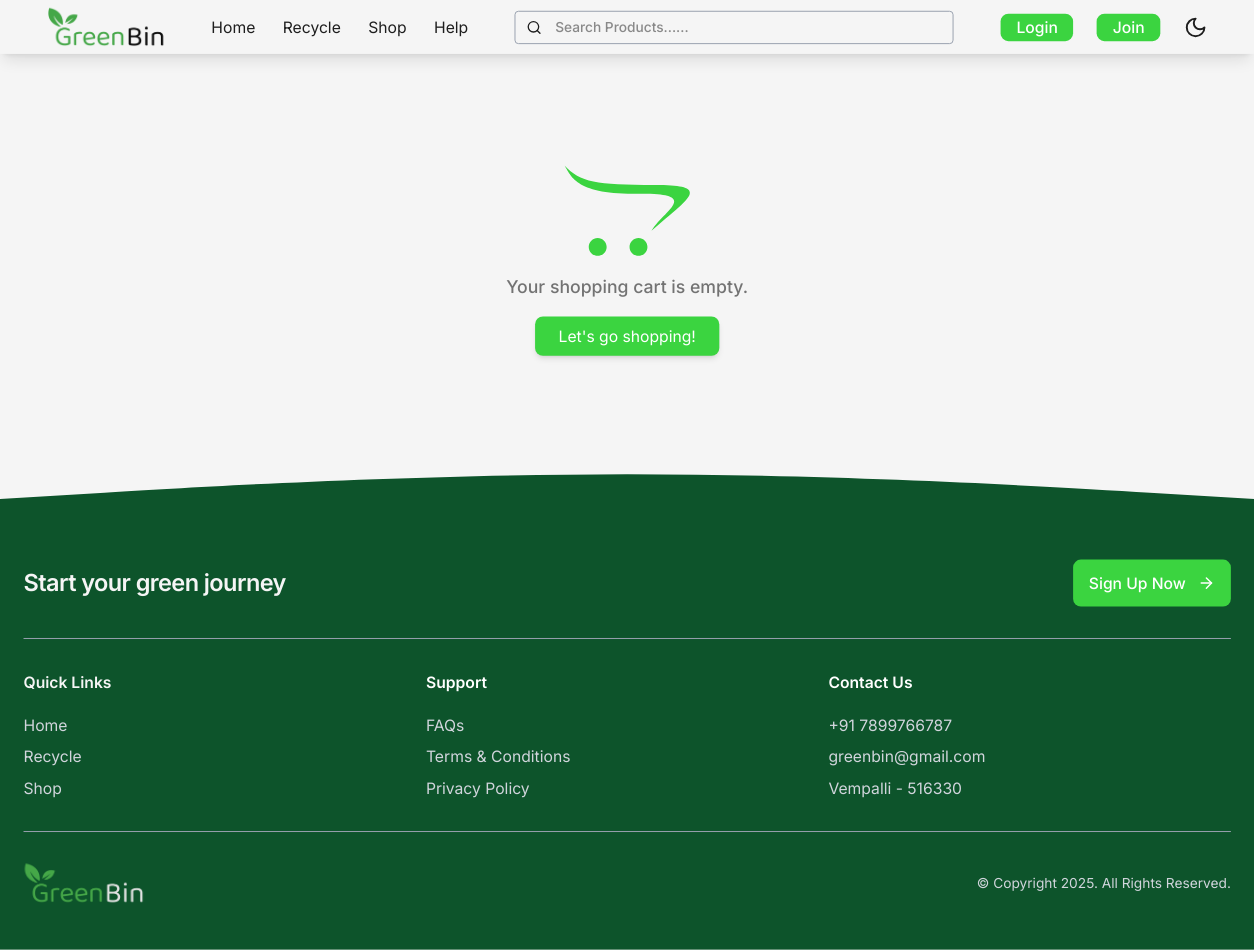
Repository: Siddhu123456/Plastic-Waste-Management
Page: /cart (app in frontend/)
The author's editor kept a copy of each file at every save. The page is drawn from the files as they stood at one save, then again after the next save.
The browser window is 1280 px wide. The pictures show the whole page, at 98% of full size.
The project was rebuilt for these pictures with package versions that can differ from the ones it lists, and the page was loaded fresh each time. Also part of the build but not shown: frontend/vite.config.js, frontend/src/components/ProductCard.jsx, frontend/src/components/TrendingProductsCarousel.jsx, frontend/src/pages/Home.jsx, frontend/src/components/FilterBar.jsx, frontend/src/pages/customer/Shop.jsx, frontend/src/pages/customer/Recycle.jsx, frontend/src/components/CartItemCard.jsx and 14 more. Imported but missing from the stored project, and not drawn on this page: frontend/src/pages/Help, frontend/src/pages/customer/WishList.

Above is the page before, as saved 2025-05-06 15:49:00.

### frontend/src/index.css
@import url('https://fonts.googleapis.com/css2?family=Fugaz+One&family=Montserrat:ital@0;1&display=swap');
@import url('https://fonts.googleapis.com/css2?family=Inter:ital,opsz,wght@0,14..32,100..900;1,14..32,100..900&display=swap');
@import "tailwindcss";


@custom-variant dark (&:where(.dark, .dark *));


@theme{
  --color-ow : #f5f5f5;
  --color-dbg : #000803;
  --color-dsc : #1e221f;
  --color-dtc : #313532;
  --color-lgg : #3bd440;
  --color-tc : #1e1e1e;
  --color-lgd : #2aa12e;
  --color-bl: #1D2A35;
  --color-lg-trans : rgba(69, 167, 72, 0.3);
}

@layer components {
  .pri-btn {
    @apply text-white cursor-pointer text-center rounded-lg bg-lgg hover:bg-lgd transition duration-300
  }
  .white-btn {
    @apply text-lgg cursor-pointer text-center rounded-2xl bg-ow transition duration-300
  }
  .trans-btn{
    @apply border text-center rounded-2xl cursor-pointer border-lgg text-lgg hover:bg-lgg hover:text-white transition
  }

  .white-trans-btn{
    @apply border text-center rounded-2xl cursor-pointer border-white text-white transition duration-300
  }
}

@layer utilities{
  .no-scrollbar::-webkit-scrollbar {
    display: none;
}
.no-scrollbar {
    -ms-overflow-style: none;
    scrollbar-width: none;
}
}

:root{
  font-family: "Inter", sans-serif;
  background-color: #f5f5f5;
  box-sizing: border-box;
  overflow-x: hidden;
}


input[type='range'] {
  pointer-events: all;
  height: 0;
}

input[type='range']::-webkit-slider-thumb {
  appearance: none;
  height: 16px;
  width: 16px;
  background: #22c55e;
  border-radius: 9999px;
  cursor: pointer;
  border: none;
}

input[type='range']::-moz-range-thumb {
  height: 16px;
  width: 16px;
  background: #22c55e;
  border-radius: 9999px;
  cursor: pointer;
  border: none;
}

### frontend/src/App.jsx
import { CartProvider } from './components/CartContext.jsx';
import AppRoutes from './routes/AppRoutes.jsx'


const App = () => (
    <CartProvider>
        <AppRoutes />
    </CartProvider>
)

export default App;

### frontend/src/components/CartContext.jsx
import { createContext, useContext, useState } from "react";

const CartContext = createContext();

export const CartProvider = ({ children }) => {
  const [cartCount, setCartCount] = useState(0);

  return (
    <CartContext.Provider value={{ cartCount, setCartCount }}>
      {children}
    </CartContext.Provider>
  );
};

export const useCart = () => useContext(CartContext);

### frontend/src/routes/AppRoutes.jsx
import {BrowserRouter as Router, Routes, Route} from 'react-router-dom'

import Home from '../pages/Home'
import Help from '../pages/Help'
import Shop from '../pages/customer/Shop'
import Recycle from '../pages/customer/Recycle'
import Cart from '../pages/customer/Cart'
import WishList from '../pages/customer/WishList'
import ProductOverview from '../pages/customer/ProductOverview'
import ScrollToTop from './ScrollToTop'
import Layout from '../components/Layout'
import Wallet from '../pages/customer/Wallet'
import OrderHistory from '../pages/customer/OrderHistory'
import OrderSummary from '../pages/customer/OrderSummary'
import PickupHistory from '../pages/customer/PickupHistory'
import CustomerProfile from '../pages/customer/CustomerProfile'
import ProductForm from '../pages/admin/ProductForm'

const AppRoutes = () => {
  return (
    <Router>
      <Layout>
      <ScrollToTop />
        <Routes>
            <Route path='/' element={<Home />} />
            <Route path='/recycle' element={<Recycle />} />
            <Route path='/shop' element={<Shop />} />
            <Route path='/help' element={<Help />} />
            <Route path='/cart' element={<Cart />} />
            <Route path='/favorites' element={<WishList />} />
            <Route path='/wallet' element={<Wallet />} />
            <Route path='/product/:id' element={<ProductOverview />} />
            <Route path='/orders' element={<OrderHistory />} />
            <Route path='/orders/:id' element={<OrderSummary />} />
            <Route path='/pickups' element={<PickupHistory />} />
            <Route path='/cprofile' element={<CustomerProfile />} />
            <Route path='/pform' element={<ProductForm />} />
        </Routes>
        </Layout>
    </Router>
  )
}

export default AppRoutes

### frontend/src/pages/customer/Cart.jsx
import React, { useEffect, useState } from 'react'
import { Link } from 'react-router-dom';
import { PiCoinVerticalDuotone, PiMapPinFill, PiPlusCircle } from "react-icons/pi";
import { FaOpencart } from "react-icons/fa6";
import CartItemCard from '../../components/CartItemCard';
import axios from 'axios';
import { useCart } from '../../components/CartContext';


const Cart = () => {

    const [selectedAddress, setSelectedAddress] = useState(null);

    const user = JSON.parse(localStorage.getItem('user'));
    const userId = user?.id;
    const [cart, setCart] = useState([]);
    const { setCartCount } = useCart();
    const {outStock, setOutStock} = useState(false)

    const [balance, setBalance] = useState(0);

    const fetchTrans = async () => {
      try {
        const response = await axios.get(`http://localhost:8080/api/transactions/user/${userId}`);
        const transactions = response.data;
        const totalEarned = transactions.filter(tx => tx.type === 'credit').reduce((sum, tx) => sum + tx.amount, 0);
        const totalSpent = transactions.filter(tx => tx.type === 'debit').reduce((sum, tx) => sum + tx.amount, 0);
        setBalance(totalEarned-totalSpent)
      } catch (error) {
        console.error("Failed to fetch transactions:", error);
      }
    };

    useEffect(() => {
      if (userId) {
        fetchTrans();
      }
    }, [userId]);


    const handlePlaceOrder = async () => {
      if (!userId || !selectedAddress) return;

      try {
        const payload = {
          customer: userId,
          address: selectedAddress.id,
          items: cart.map(item => ({
            product: { pId: item.product.pId },
            quantity: item.quantity
          }))
        };

        const res = await axios.post("http://localhost:8080/api/orders/create", payload);
        alert(`Order placed successfully!`);

        // Clear cart
        await axios.delete("http://localhost:8080/api/cart/clear", {
          params: { userId }
        });

        setCart([]);
        setCartCount(0);
      } catch (err) {
        console.error(err);
        alert("Failed to place order.");
      }
    };



    const fetchCart = async () => {
      try {
        const response = await axios.get(`http://localhost:8080/api/cart/${userId}`);
        setCart(response.data);
      } catch (error) {
        console.error("Failed to fetch cart:", error);
      }
    };

    useEffect(() => {
      if (userId) {
        fetchCart();
      }
    }, [userId]);

    const removeItem = async (productId) => {
      try {
        await axios.delete(`http://localhost:8080/api/cart/remove`, {
          params: {
            userId,
            productId,
          },
        })
        const res = await axios.get("http://localhost:8080/api/cart/count", { params: { userId } });
        setCartCount(res.data);
        await fetchCart();
      } catch (error) {
        console.error("Remove from cart failed:", error);
        alert("Something went wrong while removing from cart.");
      }
    };

    const modifyQty = async (productId, quantity) => {
      if(quantity <= 0) quantity = 1
      else if(quantity > 10) quantity = 10
      try {
        await axios.post(`http://localhost:8080/api/cart/add`, null, {
          params: {
            userId,
            productId,
            quantity,
          },
        });
        await fetchCart()
      } catch (error) {
        console.error("Modifying Quantity failed:", error);
        alert("Something went wrong while modifying quantity.");
      }
    };

    useEffect(() => {
      // Simulate fetch call
      const allAddresses = [
        {
          id: 1,
          name: "John Doe",
          street: "123 Eco Street",
          city: "GreenCity",
          state: "RecycleLand",
          zip: "456789",
          phone: "+91 9876543210",
          isDefault: true
        },
        {
          id: 2,
          name: "Jane Smith",
          street: "456 Green Ave",
          city: "CleanTown",
          state: "EcoState",
          zip: "654321",
          phone: "+91 8765432109",
          isDefault: false
        }
      ];

      const defaultAddress = allAddresses.find(addr => addr.isDefault) || allAddresses[0];
      setSelectedAddress(defaultAddress);
    }, []);

  const subTotal = cart.reduce((sum, item) => sum + (item.product.price * item.quantity), 0);
  const minOrderVal = 200;
  return (
    <>
        {cart.length ?
          <section className='grid grid-cols-12 gap-4 p-2 sm:p-4'>
            <div className="col-span-12 lg:col-span-7 bg-white dark:bg-dtc rounded-md p-4 sm:p-6">
              <h1 className="text-xl font-semibold text-lgd dark:text-lgg p-2">Shopping Cart</h1>

              <div className="flex flex-col gap-8">
                <div className="space-y-0">
                  {cart.map(item =>
                    <CartItemCard
                      key={item.id}
                      item={item}
                      removeItem={removeItem}
                      modifyQty={modifyQty}
                      setOutStock={setOutStock}
                    />
                  )}
                </div>
              </div>
            </div>
              {/* Summary */}
            <div className="bg-white dark:bg-dtc rounded-md col-span-12 lg:col-span-5 p-4 sm:p-6 h-max">
              <h1 className="text-xl font-semibold text-lgd dark:text-lgg border-b border-neutral-300 dark:border-neutral-500 p-2">Order Summary</h1>

              <div className="flex flex-wrap gap-4 font-semibold text-tc dark:text-ow p-2">
                Total <span className="ml-auto text-lg flex items-center"><PiCoinVerticalDuotone />{subTotal}</span>
              </div>
              {/* Address */}
              <div>
                <div className='flex items-center gap-2 pt-4 pb-2 font-medium'>
                  <PiMapPinFill className='text-lgg' />
                  <h2 className='text-neutral-700 dark:text-neutral-300'>Deliver To</h2>
                  <button className='ml-auto font-normal cursor-pointer text-lgd dark:text-lgg hover:underline text-sm pr-4'>change</button>
                </div>


                {selectedAddress ?
                  <div className="bg-ow dark:bg-dsc p-4 rounded-md">
                  <div className="pl-8 space-y-1">
                    <p className="text-lg font-semibold text-tc dark:text-white">
                      {selectedAddress.name}
                    </p>
                    <p className="text-sm text-neutral-600 dark:text-neutral-300">{selectedAddress.street}</p>
                    <p className="text-sm text-neutral-600 dark:text-neutral-300">
                      {selectedAddress.city}, {selectedAddress.state} - {selectedAddress.zip}
                    </p>
                    <p className="text-sm text-tc dark:text-neutral-300">
                      Phone: <span className='font-semibold'>{selectedAddress.phone}</span>
                    </p>
                  </div>
                  </div>:
                  <div className="text-center">
                    <button type="button" className="inline-flex items-center hover:underline group py-1 gap-1 cursor-pointer text-sm font-medium text-neutral-600 dark:text-neutral-300">
                    <PiPlusCircle className="text-lg group-hover:text-lgg" />
                    Add Address
                    </button>
                  </div>
                }
              </div>


              <div className="mt-6 space-y-2">
                {subTotal < minOrderVal && <p className="text-right text-red-500">Minimum Order Value {minOrderVal}</p>}
                {subTotal > balance && <p className="text-right text-red-500">Insufficient Coins {balance}</p>}

                <button
                type="button" disabled={outStock || subTotal < minOrderVal || balance < subTotal}
                onClick={handlePlaceOrder}
                className="disabled:bg-neutral-500 disabled:cursor-not-allowed px-4 py-2.5 w-full font-semibold tracking-wide pri-btn">
                  Buy Now
                </button>
                <Link to="/shop">
                <button type="button" className="text-sm px-4 py-2.5 w-full font-semibold tracking-wide bg-transparent hover:bg-neutral-200 dark:hover:bg-neutral-800 text-tc dark:text-ow border border-neutral-300 dark:border-neutral-600 rounded-lg cursor-pointer">Back to Shop</button>
                </Link>
              </div>
            </div>
          </section>:
          <section>
            <div className="flex flex-col items-center justify-center py-24">
              <FaOpencart className='text-7xl sm:text-9xl text-lgg' />
              <p className="text-neutral-500 dark:text-neutral-300 text-lg font-medium mb-4">Your shopping cart is empty.</p>
              <Link to='/shop'>
                <button
                  className="px-6 py-2 pri-btn shadow-md">
                  Let's go shopping!
                </button>
              </Link>

            </div>
          </section>
      }
    </>
  )
}

export default Cart

### frontend/src/routes/ScrollToTop.jsx
import { useEffect } from "react";
import { useLocation } from "react-router-dom";

const ScrollToTop = () => {
    const {pathname} = useLocation()
    useEffect(() => {
        window.scrollTo(0,0)
    },[pathname])

    return null
}

export default ScrollToTop;

### frontend/src/components/Layout.jsx
// Layout.jsx
import React from "react"
import Footer from "./Footer";
import Navbar from "./Navbar"

const Layout = ({ children }) => {
  return (
    <div className="min-h-screen flex flex-col bg-ow dark:bg-dsc">
      <Navbar />

      <main className="flex-1">
        {children}
      </main>

      <Footer />
    </div>
  );
};

export default Layout;

### frontend/src/pages/auth/AuthModal.jsx
import React, { useEffect, useState } from 'react'
import Modal from '../../components/Modal'
import ForgotPassword from './FogotPassword'
import Login from './Login'
import Signup from './Signup'

const AuthModal = ({authOpen, loginOpen, setLoginOpen, onClose, setIsLogged}) => {
      const [isPasswordForgot, setIsPasswordForgot] = useState(false)
      useEffect(() => {
        if (!authOpen) {
          setIsPasswordForgot(false)
        }
      }, [authOpen])
  return (
    <Modal
        open={authOpen}
        onClose={onClose}
    >
        {
            isPasswordForgot ? <ForgotPassword setIsPasswordForgot={setIsPasswordForgot} /> :
                loginOpen ? <Login setLoginOpen={setLoginOpen} onClose={onClose} setIsPasswordForgot={() => setIsPasswordForgot(prev => !prev)} setIsLogged={setIsLogged} /> :
                    <Signup setLoginOpen={setLoginOpen} setIsLogged={setIsLogged} onClose={onClose}/>
        }
    </Modal>
  )
}

export default AuthModal

### frontend/src/components/ThemeToggle.jsx
import { useEffect, useState } from "react";
import { LuMoon, LuSun, LuSunDim } from 'react-icons/lu';


const ThemeToggle = ({theme,setTheme}) => {
  useEffect(() => {
    if (theme === "dark") {
      document.documentElement.classList.add("dark");
    } else {
      document.documentElement.classList.remove("dark");
    }
    localStorage.setItem("theme", theme);
  }, [theme]);

  const toggleTheme = () => {
    setTheme(theme === "light" ? "dark" : "light");
  };

  return (
    <button
      onClick={toggleTheme}
      className="flex items-center justify-center cursor-pointer hover:text-lgg"
    >
      {theme === "light" ? <LuMoon className="text-2xl sm:text-xl md:text-2xl" /> : <LuSun className="text-2xl" />}
    </button>
  );
};

export default ThemeToggle;

Loaded but not shown: frontend/index.html (common file); frontend/src/main.jsx (common file); frontend/src/components/Navbar.jsx (437 lines, source omitted); frontend/src/components/Footer.jsx (106 lines, source omitted)

After the next save:
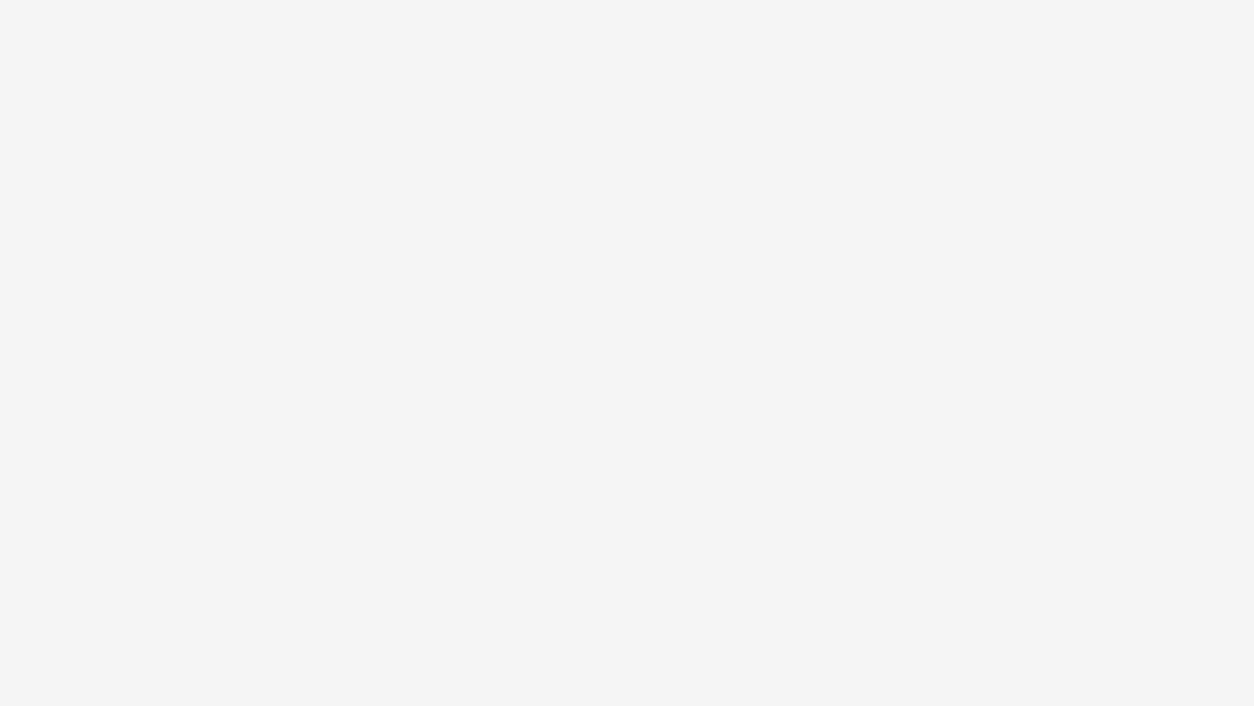
Console error: TypeError: setOutStock is not a function
Saved 24 s later.
--- a/frontend/src/pages/customer/Cart.jsx
+++ b/frontend/src/pages/customer/Cart.jsx
@@ -17,6 +17,7 @@
     const { setCartCount } = useCart();
     const {outStock, setOutStock} = useState(false)
 
+    setOutStock(true)
     const [balance, setBalance] = useState(0);
 
     const fetchTrans = async () => {

After the 2 saves that followed:
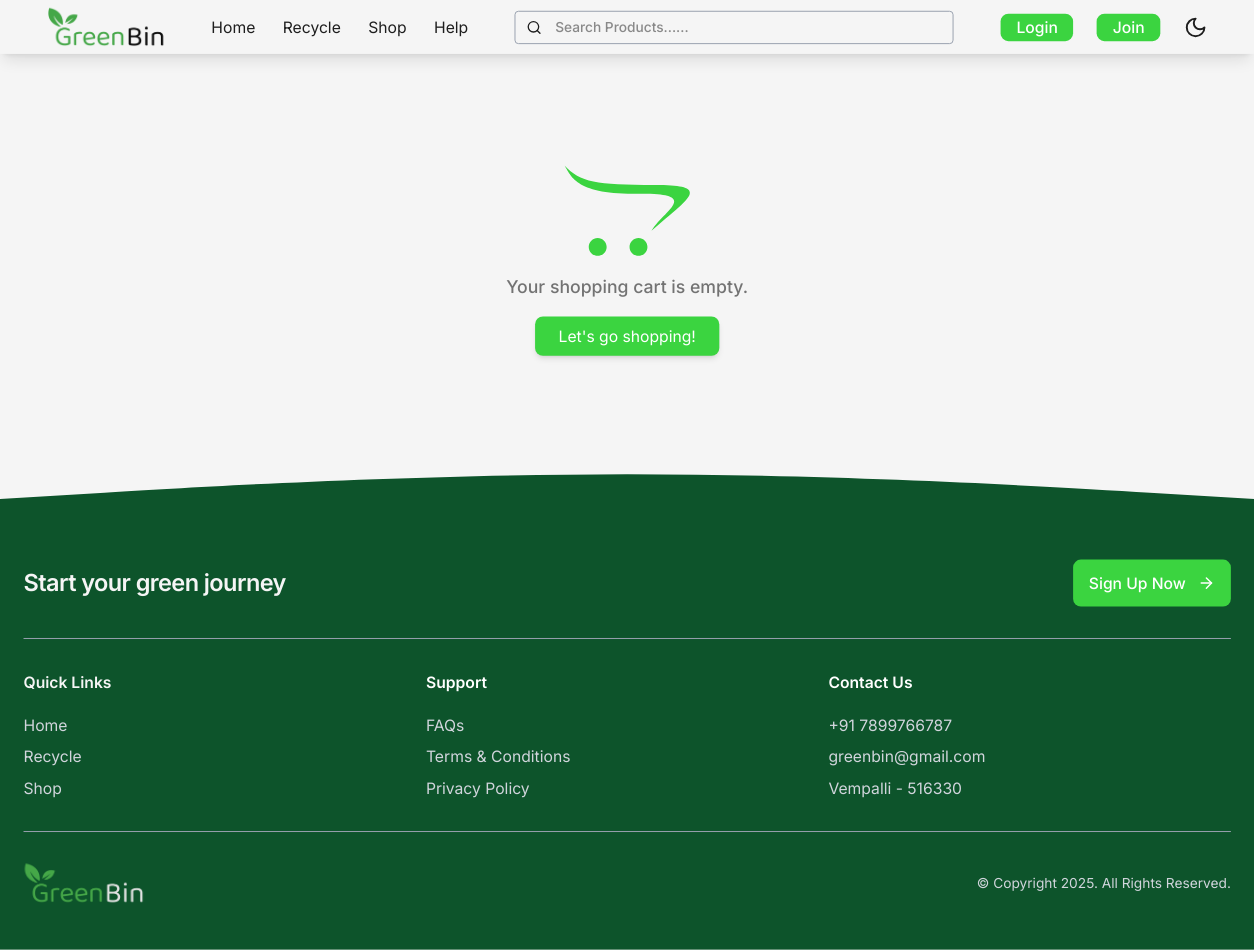
The error is gone.
The 2 saves are shown as one change because 1 left the picture as it was.
The last was saved 64 s later.
--- a/frontend/src/pages/customer/Cart.jsx
+++ b/frontend/src/pages/customer/Cart.jsx
@@ -15,9 +15,8 @@
     const userId = user?.id;
     const [cart, setCart] = useState([]);
     const { setCartCount } = useCart();
-    const {outStock, setOutStock} = useState(false)
-
-    setOutStock(true)
+    const [outStock, setOutStock] = useState(false)
+
     const [balance, setBalance] = useState(0);
 
     const fetchTrans = async () => {
